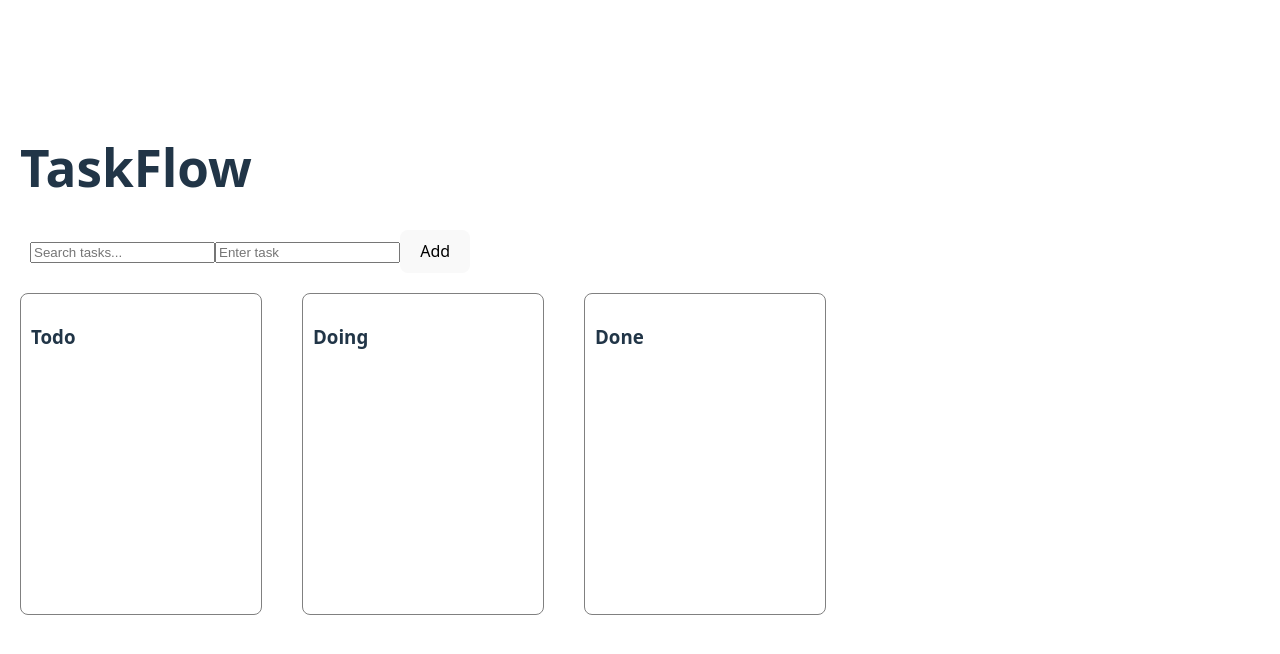
Repository: lissaintech/TaskFlow
Page: /
An editor plug-in stored every save of this project. The page is shown before and after the next save, followed by the edit.
The browser window is 1280 px wide. The pictures show the whole page.
The project was rebuilt for these pictures with package versions that can differ from the ones it lists, and the page was loaded fresh each time. Also part of the build but not shown: vite.config.js.

Above is the page before, as saved 2026-02-12 19:52:09.

### index.html
<!doctype html>
<html lang="en">
  <head>
    <meta charset="UTF-8" />
    <link rel="icon" type="image/svg+xml" href="/vite.svg" />
    <meta name="viewport" content="width=device-width, initial-scale=1.0" />
    <title>taskflow</title>
  </head>
  <body>
    <div id="root"></div>
    <script type="module" src="/src/main.jsx"></script>
  </body>
</html>

### src/App.jsx
import { useState, useEffect } from "react";
import {
  DndContext,
  useDroppable,
  useDraggable
} from "@dnd-kit/core";

function App() {
  const [search, setSearch] = useState("");
  const [input, setInput] = useState("");
  const [tasks, setTasks] = useState([]);
  const [editingTask, setEditingTask] = useState(null);
  const [editInput, setEditInput] = useState("");

  // =========================
  // ADD TASK
  // =========================
  const addTask = () => {
    if (input.trim() === "") return;

    const newTask = {
      id: Date.now(),
      title: input,
      status: "Todo"
    };

    setTasks([...tasks, newTask]);
    setInput("");
  };

  // =========================
  // DELETE TASK
  // =========================
  const deleteTask = (id) => {
    setTasks(tasks.filter(task => task.id !== id));
  };

  // =========================
  // SAVE EDIT
  // =========================
  const saveEdit = (id) => {
    setTasks(
      tasks.map(task =>
        task.id === id
          ? { ...task, title: editInput }
          : task
      )
    );
    setEditingTask(null);
  };

  // =========================
  // DRAG END
  // =========================
  const handleDragEnd = (event) => {
    const { active, over } = event;

    if (!over) return;

    const taskId = active.id;
    const newStatus = over.id;

    setTasks(prev =>
      prev.map(task =>
        task.id === taskId
          ? { ...task, status: newStatus }
          : task
      )
    );
  };

  // =========================
  // LOCAL STORAGE
  // =========================
  useEffect(() => {
    const saved = localStorage.getItem("tasks");
    if (saved) {
      setTasks(JSON.parse(saved));
    }
  }, []);

  useEffect(() => {
    localStorage.setItem("tasks", JSON.stringify(tasks));
  }, [tasks]);

  // =========================
  // COLUMN COMPONENT
  // =========================
  function Column({ status, children }) {
    const { setNodeRef } = useDroppable({
      id: status
    });

    return (
      <div
        ref={setNodeRef}
        style={{
          minWidth: "220px",
          minHeight: "300px",
          padding: "10px",
          border: "1px solid gray",
          borderRadius: "8px"
        }}
      >
        <h3>{status}</h3>
        {children}
      </div>
    );
  }

  // =========================
  // TASK COMPONENT
  // =========================
  function Task({ task, children }) {
    const {
      attributes,
      listeners,
      setNodeRef,
      transform
    } = useDraggable({
      id: task.id
    });

    const style = transform
      ? {
          transform: `translate3d(${transform.x}px, ${transform.y}px, 0)`
        }
      : undefined;

    return (
      <div
        ref={setNodeRef}
        style={{
          ...style,
          marginBottom: "8px",
          padding: "8px",
          border: "1px solid black",
          borderRadius: "6px",
          backgroundColor: "white",
          cursor: "grab"
        }}
        {...listeners}
        {...attributes}
      >
        {children}
      </div>
    );
  }



  const filteredTasks = tasks.filter(task =>
    task.title.toLowerCase().includes(search.toLowerCase())
  );


  // =========================
  // UI
  // =========================
  return (

    <div style={{ padding: "20px" }}>
      <h1>TaskFlow</h1>

      <input
        placeholder="Search tasks..."
        value={search}
        onChange={(e) => setSearch(e.target.value)}
        style={{ marginLeft: "10px" }}
      />


      <input
        value={input}
        onChange={(e) => setInput(e.target.value)}
        placeholder="Enter task"
      />
      <button onClick={addTask}>Add</button>

      <DndContext onDragEnd={handleDragEnd}>
        <div className="app"
          style={{
            display: "flex",
            gap: "40px",
            marginTop: "20px"
          }}
        >
          {["Todo", "Doing", "Done"].map(status => (
            <Column key={status} status={status}>
              {filteredTasks.filter(task => task.status === status)
                .map(task => (
                  <Task key={task.id} task={task}>
                    {editingTask === task.id ? (
                      <>
                        <input
                          value={editInput}
                          onChange={(e) =>
                            setEditInput(e.target.value)
                          }
                        />
                        <button
                          onClick={() =>
                            saveEdit(task.id)
                          }
                        >
                          💾
                        </button>
                      </>
                    ) : (
                      <>
                        <span>{task.title}</span>
                        <button
                          onClick={() => {
                            setEditingTask(task.id);
                            setEditInput(task.title);
                          }}
                        >
                          ✏️
                        </button>
                        <button
                          onClick={() =>
                            deleteTask(task.id)
                          }
                        >
                          ❌
                        </button>
                      </>
                    )}
                  </Task>
                ))}
            </Column>
          ))}
        </div>
      </DndContext>
    </div>
  );
}

export default App;

Loaded but not shown: src/main.jsx (common file); src/index.css (common file)

After the next save:
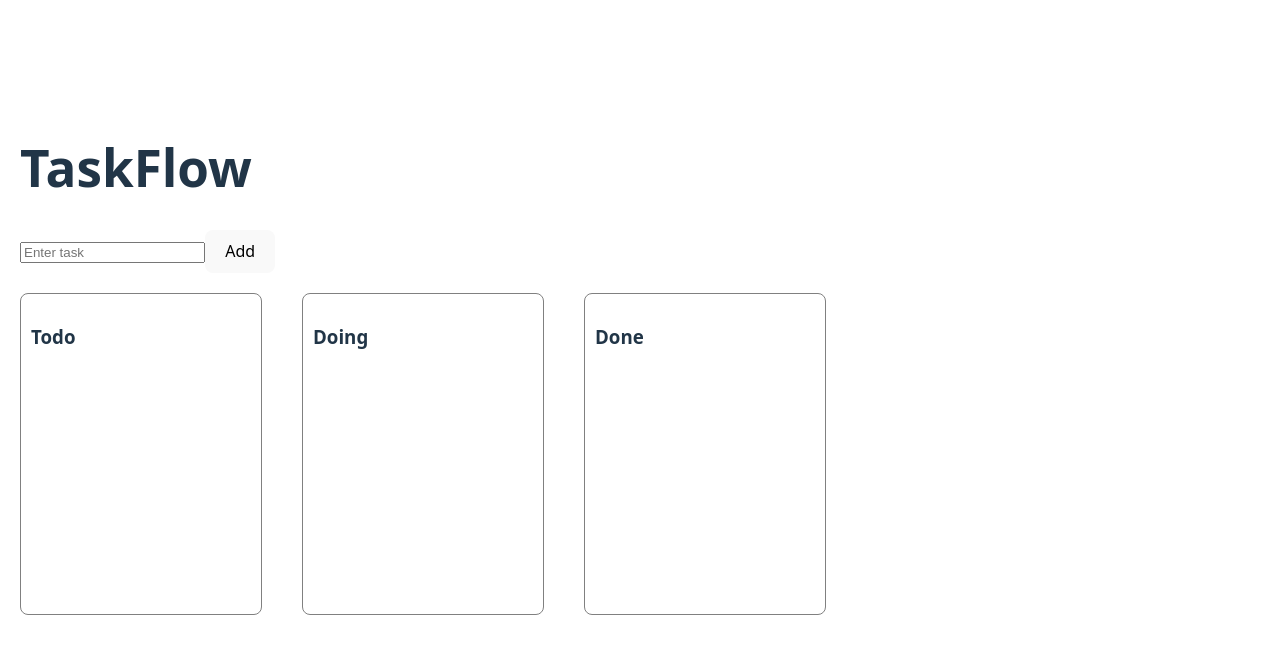
Saved 92 s later.
--- a/src/App.jsx
+++ b/src/App.jsx
@@ -162,12 +162,7 @@ function App() {
     <div style={{ padding: "20px" }}>
       <h1>TaskFlow</h1>
 
-      <input
-        placeholder="Search tasks..."
-        value={search}
-        onChange={(e) => setSearch(e.target.value)}
-        style={{ marginLeft: "10px" }}
-      />
+
 
 
       <input
